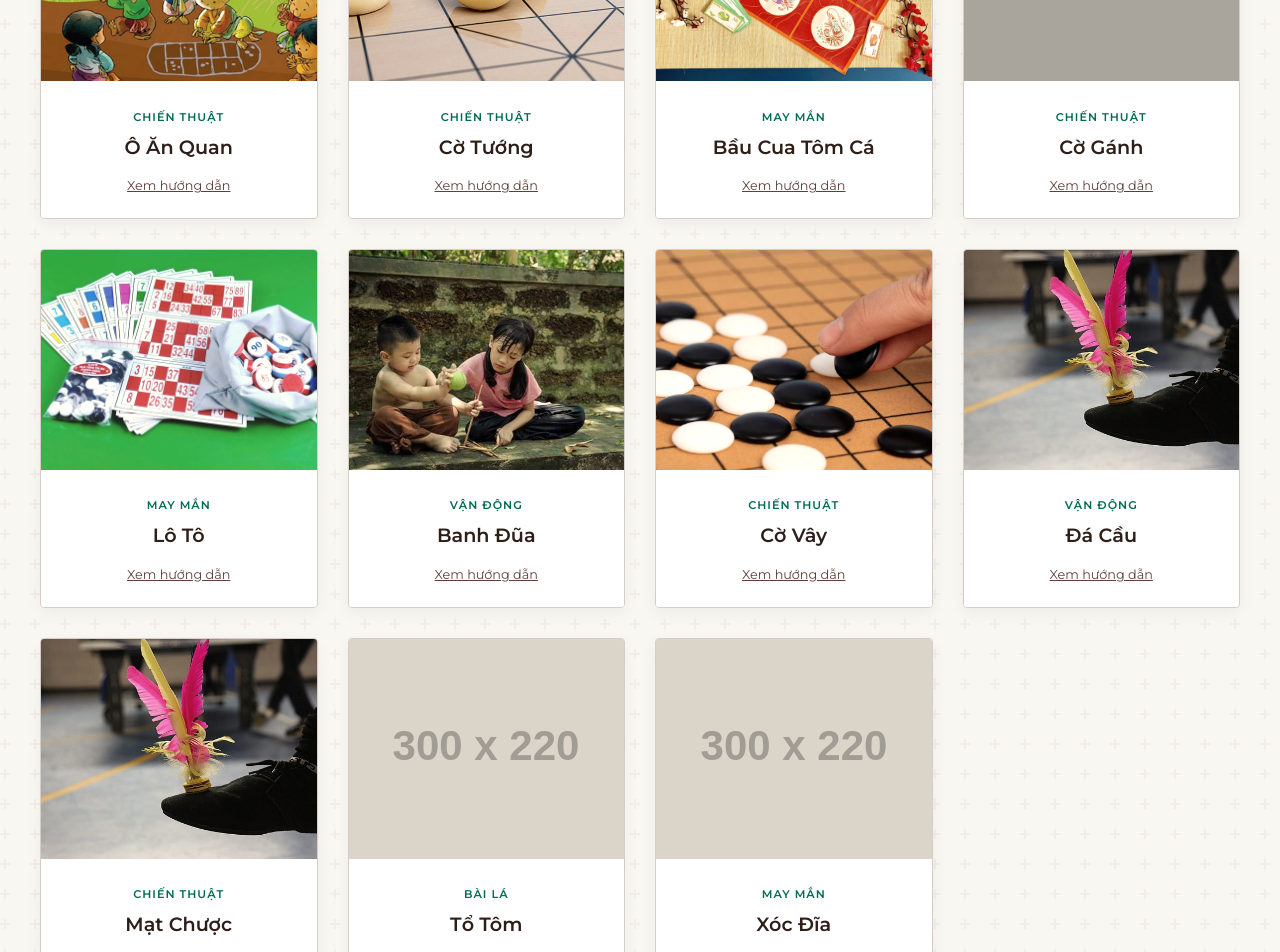
Repository: Lukas952003/Project-The-Heritage-Hub-Coffee-Marketing
Page: games.html
These files come from the project's save history. The page is drawn as it stood at one moment and after the next save; the edit follows.
The browser window is 1280 px wide. The pictures show the part of the page from y = 791 to 1743 px (the page is 2220 px tall).
Pictures or frames that could not be fetched are drawn as grey boxes. Backgrounds fixed to the window are drawn as part of the page.

Above is the page before, as saved 2025-12-28 21:39:06.

After the next save:
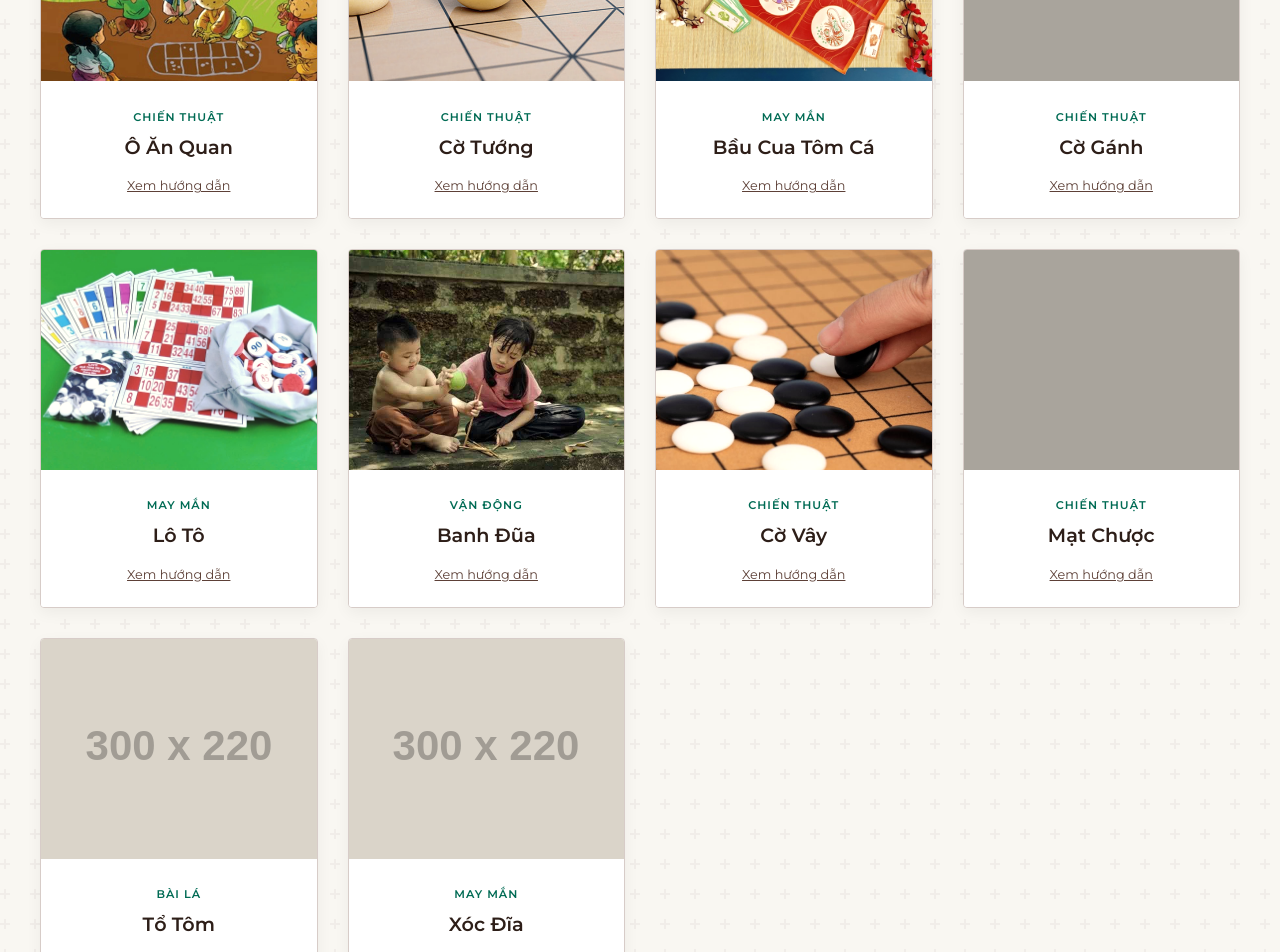
Saved 50 s later.
--- a/games.html
+++ b/games.html
@@ -646,16 +646,8 @@
           </div>
         </div>
 
-        <div class="game-card" data-cat="van-dong">
-          <img src="./img/game-da-cau.jpg" class="game-thumb" />
-          <div class="game-info">
-            <span class="game-tag">Vận Động</span>
-            <div class="game-title">Đá Cầu</div>
-            <span class="btn-play">Xem hướng dẫn</span>
-          </div>
-        </div>
         <div class="game-card" data-cat="chien-thuat">
-          <img src="./img/game-da-cau.jpg" class="game-thumb" />
+          <img src="./img/da" class="game-thumb" />
           <div class="game-info">
             <span class="game-tag">Chiến Thuật</span>
             <div class="game-title">Mạt Chược</div>
